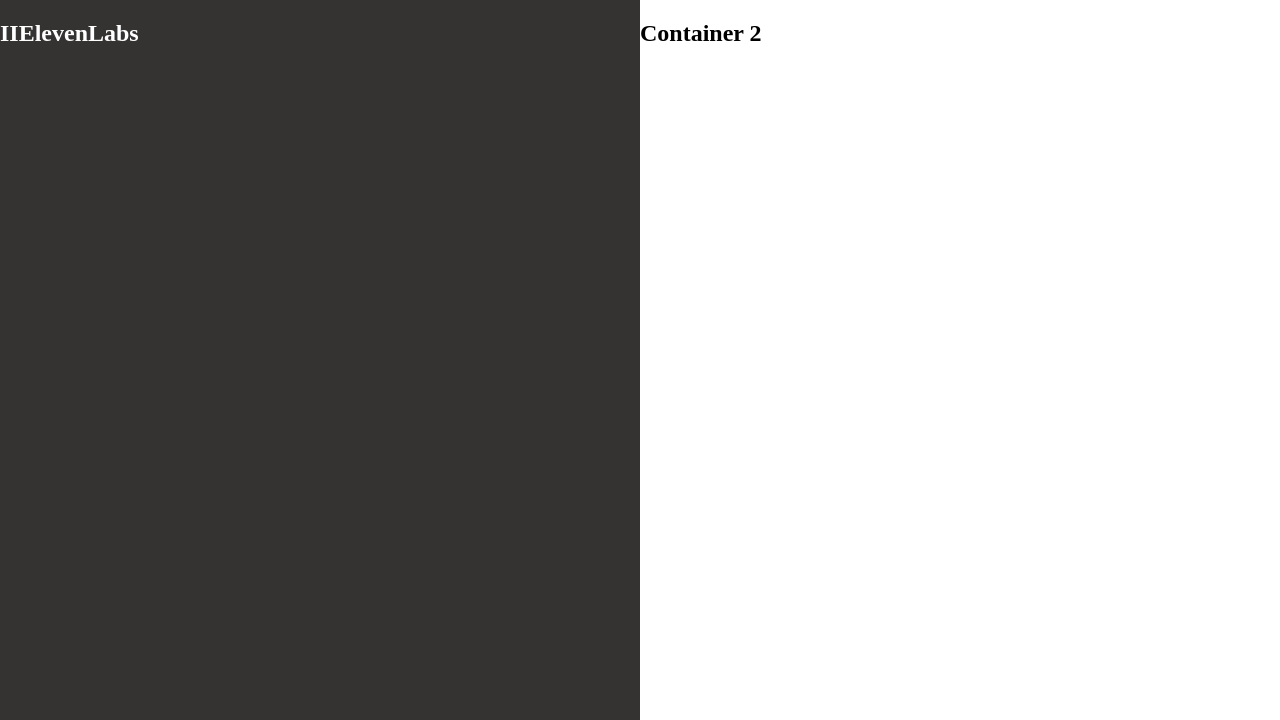
Repository: RohanSai22/harkirat-cohort-learnings
Page: Web/w1_a2.html
These files come from the project's save history. The page is drawn as it stood at one moment and after the next save; the edit follows.
The browser window is 1280 px wide. The pictures show the whole page.

Above is the page before, as saved 2026-03-24 12:02:06.

### Web/w1_a2.html
<html>
    <head>
        <title>Eleven Labs : Sales Page </title>
    </head>
    <body style="margin:0; padding:0">
        <div style ="min-height: 100vh; display: flex;">
            <div style="flex:1;background-color: rgb(53, 50, 50); color: white">
                <h2>IIElevenLabs</h2>

            </div>
            <div style="flex:1;background-color: white;">
                 <h2>Container 2</h2>
            </div>
        </div>
    </body>
</html>

After the next save:
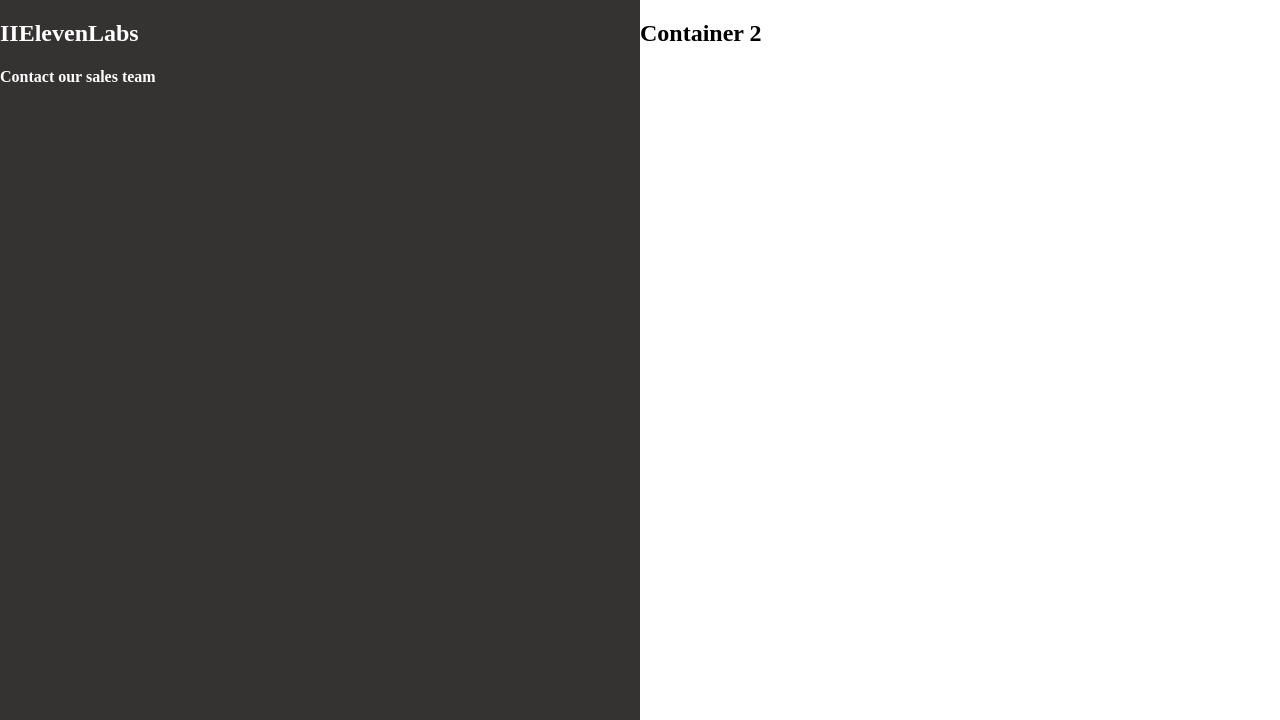
Saved 37 s later.
--- a/Web/w1_a2.html
+++ b/Web/w1_a2.html
@@ -6,6 +6,7 @@
         <div style ="min-height: 100vh; display: flex;">
             <div style="flex:1;background-color: rgb(53, 50, 50); color: white">
                 <h2>IIElevenLabs</h2>
+                <h4>Contact our sales team</h4>
 
             </div>
             <div style="flex:1;background-color: white;">
